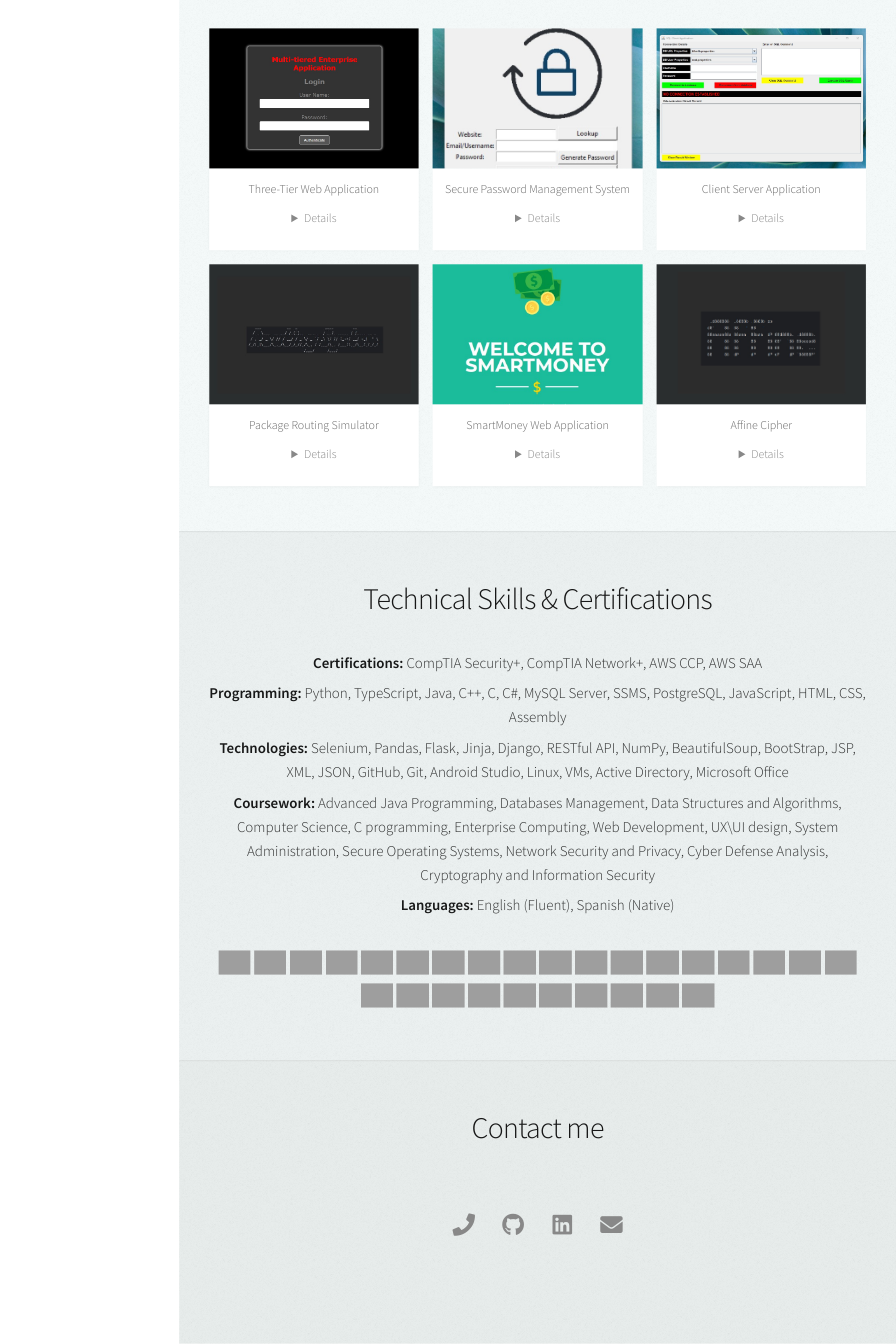
Repository: aaurdanet/Portfolio
Page: index.html
These files come from the project's save history. The page is drawn as it stood at one moment and after the next save; the edit follows.
The browser window is 1280 px wide. The pictures show the part of the page from y = 1151 to 3071 px (the page is 3071 px tall), at 70% of full size.
Pictures or frames that could not be fetched are drawn as grey boxes.

Above is the page before, as saved 2025-08-08 17:09:25.

After the next save:
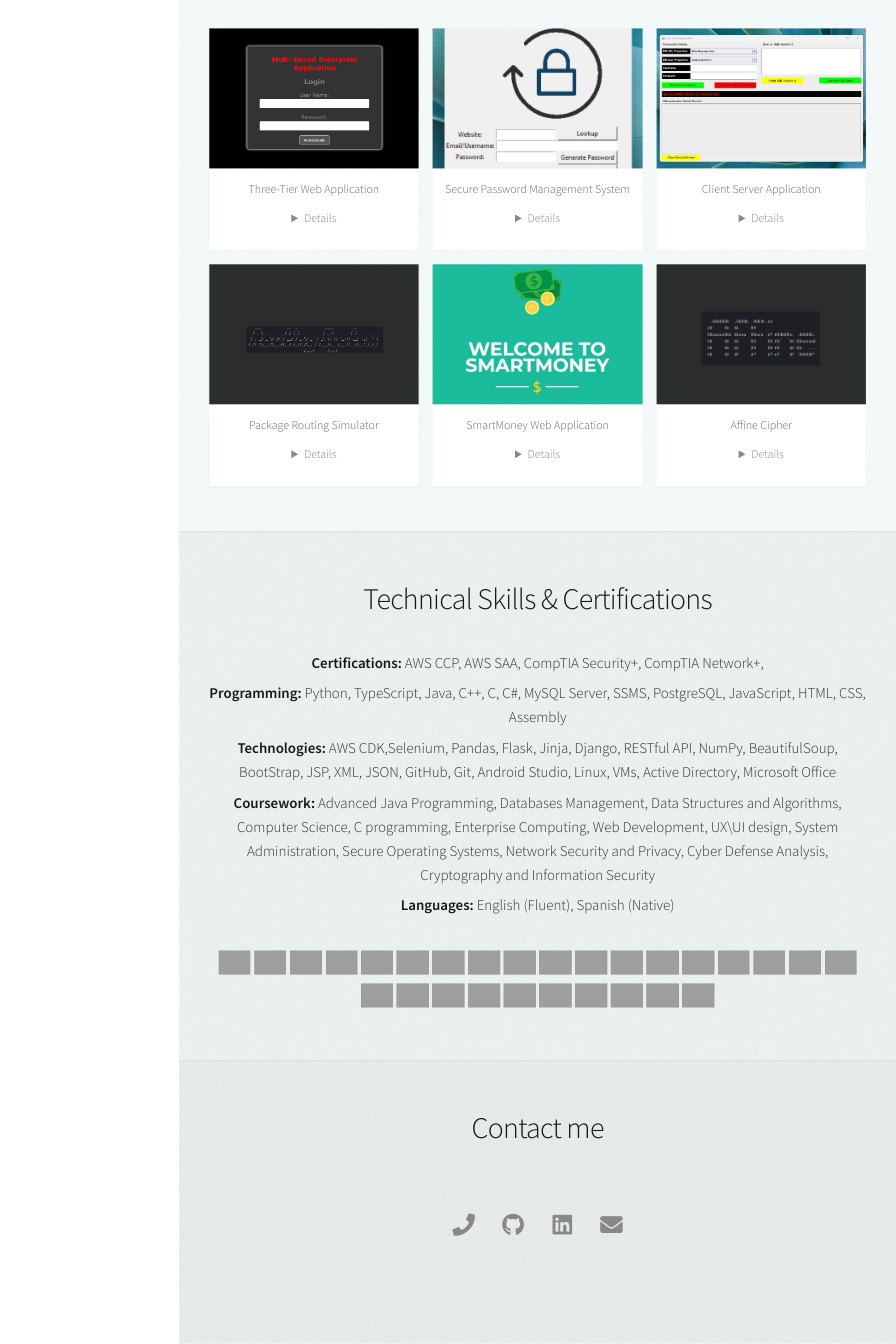
Saved 3 h 40 min later.
--- a/index.html
+++ b/index.html
@@ -256,10 +256,10 @@
 				<header>
 					<h2>Technical Skills & Certifications</h2>
 				</header>
-				<p><strong>Certifications:</strong> CompTIA Security+, CompTIA Network+, AWS CCP, AWS SAA</p>
+				<p><strong>Certifications:</strong> AWS CCP, AWS SAA, CompTIA Security+, CompTIA Network+, </p>
 				<p><strong>Programming:</strong> Python, TypeScript, Java, C++, C, C#, MySQL Server, SSMS, PostgreSQL,
 					JavaScript, HTML, CSS, Assembly</p>
-				<p><strong>Technologies:</strong> Selenium, Pandas, Flask, Jinja, Django, RESTful API, NumPy,
+				<p><strong>Technologies:</strong> AWS CDK,Selenium, Pandas, Flask, Jinja, Django, RESTful API, NumPy,
 					BeautifulSoup, BootStrap, JSP, XML, JSON, GitHub, Git, Android Studio, Linux, VMs, Active Directory,
 					Microsoft Office</p>
 				<p><strong>Coursework:</strong> Advanced Java Programming, Databases Management, Data Structures and
